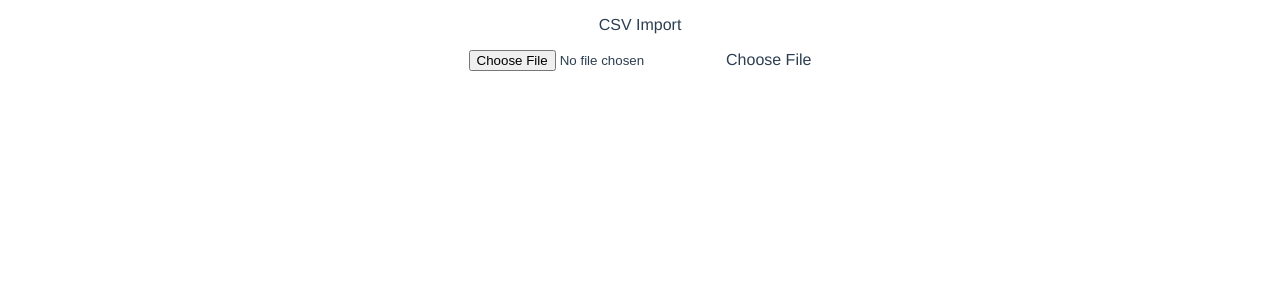
Repository: Flypr/licentaCSV
Page: /
An editor plug-in stored every save of this project. The page is shown before and after the next save, followed by the edit.
The browser window is 1280 px wide. The pictures show the whole page.
The project was rebuilt for these pictures with package versions that can differ from the ones it lists, and the page was loaded fresh each time.

Above is the page before, as saved 2021-03-16 18:02:37.

### public/index.html
<!DOCTYPE html>
<html lang="">
  <head>
    <meta charset="utf-8">
    <meta http-equiv="X-UA-Compatible" content="IE=edge">
    <meta name="viewport" content="width=device-width,initial-scale=1.0">
    <link rel="icon" href="<%= BASE_URL %>favicon.ico">
    <title><%= htmlWebpackPlugin.options.title %></title>

    <link rel="preconnect" href="https://fonts.gstatic.com">
    <link
        href="https://fonts.googleapis.com/css2?family=Raleway:ital,wght@0,200;0,300;0,400;0,600;1,100;1,200;1,300;1,400&display=swap"
        rel="stylesheet">

  </head>
  <body>
    <noscript>
      <strong>We're sorry but <%= htmlWebpackPlugin.options.title %> doesn't work properly without JavaScript enabled. Please enable it to continue.</strong>
    </noscript>
    <div id="app"></div>
    <!-- built files will be auto injected -->
  </body>
</html>

### src/App.vue
<template>
  <div id="app">
    <Nav></Nav>
    <router-view />
  </div>
</template>

<script>
export default {
  name: 'App'
}
</script>

<style>
#app {
  font-family: Avenir, Helvetica, Arial, sans-serif;
  -webkit-font-smoothing: antialiased;
  -moz-osx-font-smoothing: grayscale;
  text-align: center;
  color: #2c3e50;
}
</style>

### src/router/index.js
import Vue from "vue";
import VueRouter from "vue-router";

Vue.use(VueRouter);

const routes = [
  {
    path: "/",
    name: "Home",
    component: () =>
      import(/* webpackChunkName: "Home" */ "../views/Home.vue")
  },
  {
    path: "/register",
    name: "Register",
    component: () =>
      import(/* webpackChunkName: "register" */ "../views/Register.vue")
  },
  {
    path: "/login",
    name: "Login",
    component: () =>
      import(/* webpackChunkName: "login" */ "../views/Login.vue")
  }
];

const router = new VueRouter({
  mode: 'history',
  routes
});

export default router;

### src/views/Home.vue
<template>
    <div class="container">
        <div class="row">
            <div class="title-text">
                <p>CSV Import</p>
            </div>
        </div>
        <div class="row file-btn">
            <label class="custom-file-upload">
                <input type="file" id="csv" name="csv_file" class="button-control" @change="loadCSV($event)">
                Choose File
            </label>
        </div>
        <table v-if="parse_csv">
            <thead>
                <tr>
                    <th v-for="key in parse_header"
                        @click="sortBy(key)"
                        :class="{ active: sortKey == key }"
                        :key="key"
                    >
                        {{ key | capitalize }}
                        <span class="arrow" :class="sortOrders[key] > 0 ? 'asc' : 'dsc'"></span>
                    </th>
                </tr>
            </thead>
            <tr v-for="csv in parse_csv" :key="csv">
                <td v-for="key in parse_header" :key="key">
                    {{ csv[key] }}
                </td>
            </tr>
        </table>
    </div>
</template>

<script>
export default {
    name: 'Home',
    data() {
        return {
            channel_name: '',
            channel_fields: [],
            channel_entries: [],
            parse_header: [],
            parse_csv: [],
            sortOrders:{},
            sortKey: '',
            result: []
        }
    },
    filters: {
      capitalize: function (str) {
        return str.charAt(0).toUpperCase() + str.slice(1)
      }
    },
    methods: {
      sortBy(key) {
        var vm = this
        vm.sortKey = key
        vm.sortOrders[key] = vm.sortOrders[key] * -1
      },
      csvJSON(csv){
        var vm = this
        var lines = csv.split("\n")
        var result = []
        var headers = lines[0].split(",")
        vm.parse_header = lines[0].split(",")
        lines[0].split(",").forEach(function (key) {
          vm.sortOrders[key] = 1
        })

        lines.map(function(line, indexLine){
          if (indexLine < 1) return // Jump header line

          var obj = {}
          var currentline = line.split(",")

          headers.map(function(header, indexHeader){
            obj[header] = currentline[indexHeader]
          })

          result.push(obj)
        })

        result.pop() // remove the last item because undefined values

        return result // JavaScript object
      },
      loadCSV(e) {
        var vm = this
        if (window.FileReader) {
          var reader = new FileReader();
          reader.readAsText(e.target.files[0]);
          // Handle errors load
          reader.onload = function(event) {
            var csv = event.target.result;
            vm.parse_csv = vm.csvJSON(csv)

          };
          reader.onerror = function(evt) {
            if(evt.target.error.name == "NotReadableError") {
              alert("Canno't read file !");
            }
          };
        } else {
          alert('FileReader are not supported in this browser.');
        }
      },

    }
}
</script>

<style scoped>
/* html, body {
    margin: 0;
    padding: 0;
    font-size: 20px;
    font-family: Raleway, Arial, Helvetica, sans-serif;
}

.container {
    width: 100vw;
    height: 100vw;
    background-color: #6baaa1;
}

.title-text {
    padding-top: 10%;
    font-size: 600%;
    font-weight: 600;
    text-align: center;
    color: #fff;
}

.file-btn {
    padding: 20px;
    text-align: center;
}

input[type=file] {
    display: none;
}

.custom-file-upload,
.custom-file-upload:visited {
    border: 1px solid #fff;
    border-radius: 50px;
    display: inline-block;
    padding: 16px 22px;
    cursor: pointer;
    font-size: 120%;
    font-weight: 400;
    color: #fff;
    transition: background-color 0.2s, color 0.2s;
}

.custom-file-upload:hover {
    background-color: #fff;
    color: #6baaa1;
}

h1,
h2,
h3,
h4,
h5,
h6 {
    margin: 0;
}

table {
    border-collapse: collapse;
    margin: 50px auto;
}

thead {
    background-color: #fff;
    color: #6baaa1;
}

tbody {
    color: #fff;
}

td, th {
    border: 1px solid #fff;
    text-align: left;
    padding: 16px 26px;
} */
</style>

### src/components/Nav.vue
<template>
    <div id="nav">
      <router-link to="/">Home</router-link> |
      <router-link to="/register">Register</router-link> |
      <router-link to="/login">Login</router-link>
    </div>
</template>

<script>
export default {
    name: 'Nav'
}
</script>

<style scoped>
#nav {
  padding: 30px;
}

#nav a {
  font-weight: bold;
  color: #2c3e50;
}

#nav a.router-link-exact-active {
  color: #42b983;
}
</style>

Loaded but not shown: src/main.js (common file); src/store/index.js (common file)

After the next save:
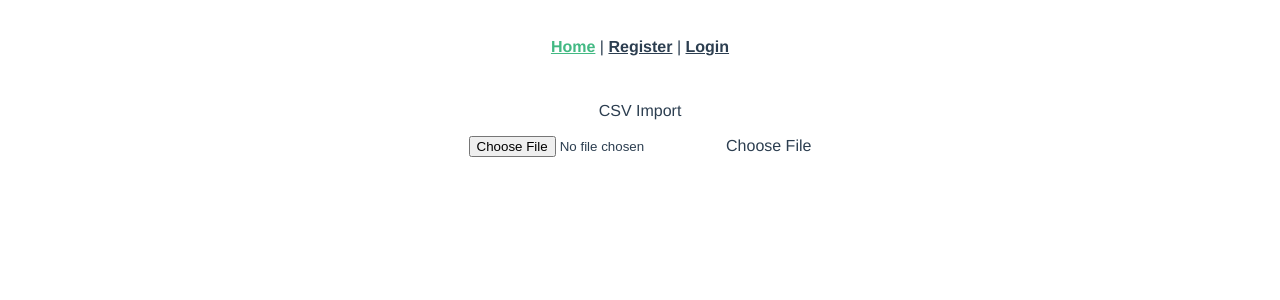
Saved 56 s later.
--- a/src/App.vue
+++ b/src/App.vue
@@ -6,8 +6,12 @@
 </template>
 
 <script>
+import Nav from '@/components/Nav'
 export default {
-  name: 'App'
+  name: 'App',
+  components: {
+    Nav
+  }
 }
 </script>
 
